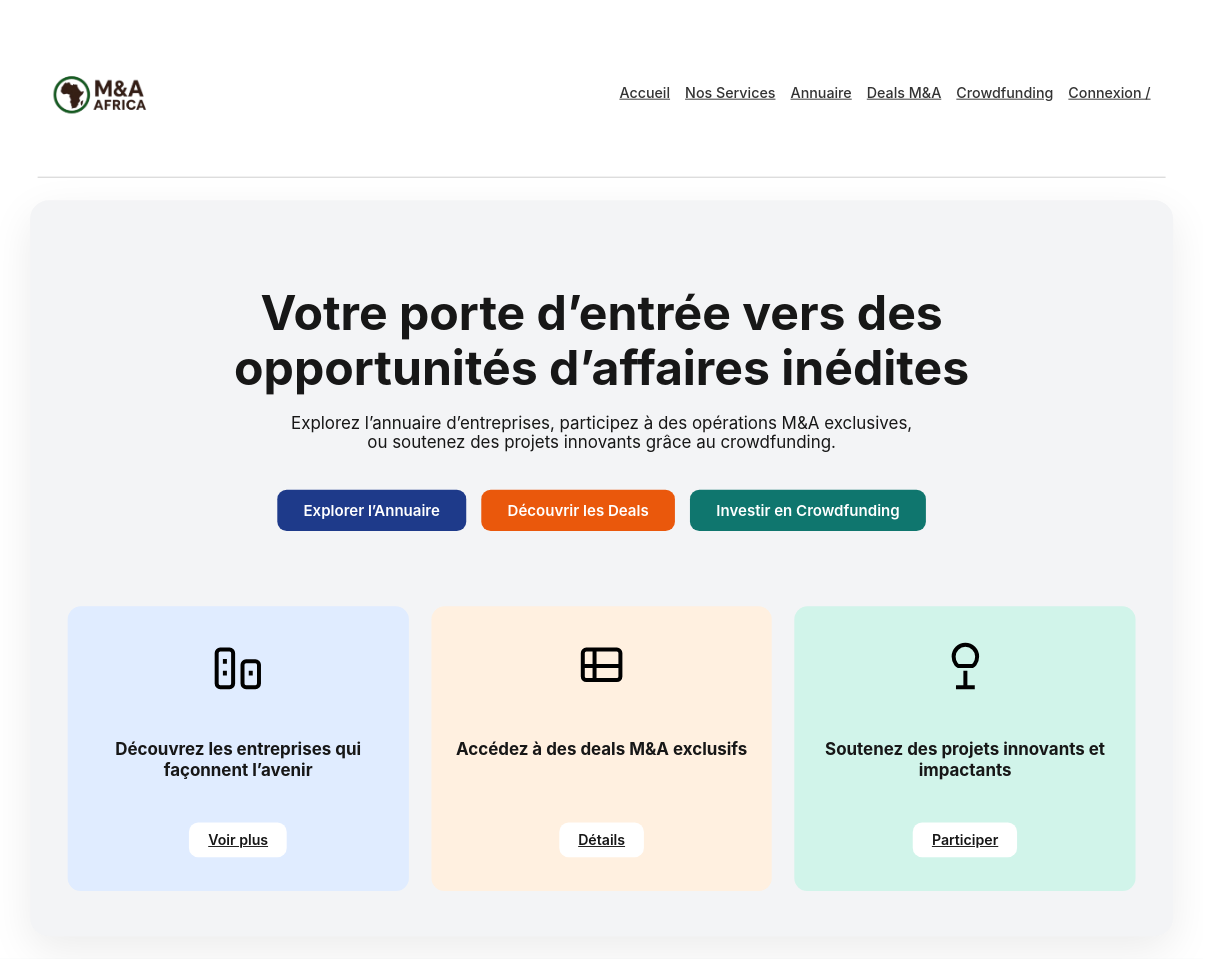
Repository: MFredy25/africa-fusion
Page: /hub
The author's editor kept a copy of each file at every save. The page is drawn from the files as they stood at one save, then again after the next save.
The browser window is 1280 px wide. The page is 1280 px wide, then 1308 px, so the pictures cover 1308 px, including what lies to the right of the window. The pictures show the whole page, at 94% of full size.
The project was rebuilt for these pictures with package versions that can differ from the ones it lists, and the page was loaded fresh each time. The framework's server and built-in components were replaced by stand-ins that run in the browser. Also part of the build but not shown: next.config.js, next.config.ts.

Above is the page before, as saved 2025-06-15 12:07:47.

### src/app/hub/page.tsx
import styles from "../../styles/hub.module.css";
import Link from "next/link";
import HubHeader from "../../components/HubHeader";

export default function Hub() {
  return (
    <div className={styles.page}>
      <HubHeader />

      <div className={styles.pageWrapper}>
        <div className={styles.containerWrapper}>
          <section className={styles.hero}>
            <h1>
              Votre porte&nbsp;d’entrée vers des<br />
              opportunités&nbsp;d’affaires inédites
            </h1>

            <p>
              Explorez l’annuaire d’entreprises, participez à des opérations M&A
              exclusives,<br />
              ou soutenez des projets innovants grâce au crowdfunding.
            </p>

            <div className={styles.actions}>
              <Link href="/annuaire" className={styles.primaryBtn}>
                Explorer l’Annuaire
              </Link>
              <Link href="/deals-m-a" className={styles.secondaryBtn}>
                Découvrir les Deals
              </Link>
              <Link href="/crowdfunding" className={styles.tertiaryBtn}>
                Investir en&nbsp;Crowdfunding
              </Link>
            </div>
          </section>

          <section className={styles.cards}>
            <div className={`${styles.card} ${styles.card1}`}>
              <svg
                className={styles.icon}
                viewBox="0 0 24 24"
                fill="none"
                stroke="currentColor"
                strokeWidth="1.7"
              >
                <rect x="3" y="4" width="7" height="16" rx="1.5" />
                <rect x="14" y="9" width="7" height="11" rx="1.5" />
                <path d="M6.5 8v2M6.5 13v2M17.5 13v2" />
              </svg>
              <p className={styles.cardTitle}>
                Découvrez les entre­prises qui façonnent l’avenir
              </p>
              <Link href="/annuaire" className={styles.cardBtn}>
                Voir plus
              </Link>
            </div>

            <div className={`${styles.card} ${styles.card2}`}>
              <svg
                className={styles.icon}
                viewBox="0 0 24 24"
                fill="none"
                stroke="currentColor"
                strokeWidth="1.7"
              >
                <rect x="4" y="4" width="16" height="13" rx="1.5" />
                <path d="M4 11h16M9 4v13" />
              </svg>
              <p className={styles.cardTitle}>Accédez à des deals M&A exclusifs</p>
              <Link href="/deals-m-a" className={styles.cardBtn}>
                Détails
              </Link>
            </div>

            <div className={`${styles.card} ${styles.card3}`}>
              <svg
                className={styles.icon}
                viewBox="0 0 24 24"
                fill="none"
                stroke="currentColor"
                strokeWidth="1.7"
              >
                <path d="M12 2a5 5 0 0 1 5 5c0 3-2 4-2 4H9s-2-1-2-4a5 5 0 0 1 5-5Z" />
                <path d="M9.5 11h5" />
                <path d="M12 13v7" />
                <path d="M8 20h8" />
              </svg>
              <p className={styles.cardTitle}>
                Soutenez des projets innovants et impactants
              </p>
              <Link href="/crowdfunding" className={styles.cardBtn}>
                Participer
              </Link>
            </div>
          </section>
        </div>
      </div>
    </div>
  );
}

### src/styles/hub.module.css
.page {
  font-family: "Inter", Arial, sans-serif;
  color: var(--text-primary);
  background: #ffffff;
  padding-inline: 1.5rem;
}

.navbar {
  display: flex;
  justify-content: space-between;
  align-items: center;
  padding-block: 1.75rem;
  max-width: 1200px;
  margin-inline: auto;
}

.logo {
  display: flex;
  align-items: center;
  gap: 0.6rem;
  font-weight: 600;
  font-size: 1.1rem;
}

.logoIcon {
  width: 38px;
  height: 38px;
  background: var(--blue);
  border-radius: 8px;
}

.navLinks {
  display: flex;
  gap: 2rem;
  font-size: 0.95rem;
  font-weight: 500;
}

/* ───────────── CONTAINER WRAPPER ───────────── */
.containerWrapper {
  max-width: 1300px;
  margin: 1.5rem auto; /* ↓ Espacement réduit ici */
  padding: 3rem 2.5rem;
  background: #f3f4f6;
  border-radius: 20px;
  box-shadow: 0 15px 45px rgba(0, 0, 0, 0.08);
}

/* ───────────── HERO ───────────── */
.hero {
  text-align: center;
  max-width: 900px;
  margin-inline: auto;
}

.hero h1 {
  font-size: clamp(2rem, 4.2vw, 3.2rem);
  line-height: 1.15;
  font-weight: 700;
  margin-bottom: 1rem;
}

.hero p {
  font-size: 1.125rem;
  color: var(--text-muted);
  margin-bottom: 2.5rem;
}

.actions {
  display: flex;
  flex-wrap: wrap;
  justify-content: center;
  gap: 1rem;
  margin-bottom: 3.5rem;
}

.primaryBtn,
.secondaryBtn,
.tertiaryBtn {
  padding: 0.75rem 1.75rem;
  border: none;
  border-radius: 10px;
  font-weight: 600;
  font-size: 1rem;
  color: #ffffff;
  cursor: pointer;
  text-decoration: none;
}

.primaryBtn {
  background: #1e3a8a;
}

.secondaryBtn {
  background: #ea580c;
}

.tertiaryBtn {
  background: #0f766e;
}

/* ───────────── CARDS ───────────── */
.cards {
  display: flex;
  flex-wrap: nowrap;
  justify-content: space-between;
  gap: 1.5rem;
  max-width: 1200px;
  margin: 5rem auto 0;
}

.card {
  flex: 1 1 30%;
  max-width: 30%;
  display: flex;
  justify-content: center;
}

.card1 {
  background: #e0ecff;
  border-radius: 14px;
  padding: 2.25rem 1.25rem;
  text-align: center;
  display: flex;
  flex-direction: column;
  align-items: center;
  gap: 1.6rem;
}

.card2 {
  background: #fff0e0;
  border-radius: 14px;
  padding: 2.25rem 1.25rem;
  text-align: center;
  display: flex;
  flex-direction: column;
  align-items: center;
  gap: 1.6rem;
}

.card3 {
  background: #d1f4ea;
  border-radius: 14px;
  padding: 2.25rem 1.25rem;
  text-align: center;
  display: flex;
  flex-direction: column;
  align-items: center;
  gap: 1.6rem;
}

.icon {
  width: 60px;
  height: 60px;
}

.cardTitle {
  font-size: 1.125rem;
  font-weight: 700;
  line-height: 1.3;
}

.cardBtn {
  margin-top: auto;
  background: #ffffff;
  color: var(--text-primary);
  border: none;
  border-radius: 10px;
  padding: 0.55rem 1.25rem;
  font-size: 0.94rem;
  font-weight: 600;
  cursor: pointer;
}

/* ───────────── Responsive tweak ───────────── */
@media (max-width: 768px) {
  .card {
    flex: 1 1 100%;
    max-width: none;
  }

  .cards {
    flex-direction: column;
    align-items: center;
  }
}

@media (max-width: 480px) {
  .navLinks {
    gap: 1rem;
    font-size: 0.85rem;
  }

  .actions {
    flex-direction: column;
  }
}

.icon {
  width: 60px;
  height: 60px;
  color: #000000;
}

### src/components/HubHeader.tsx
'use client';

import { useEffect, useState } from 'react';
import Link from 'next/link';
import Image from 'next/image';
import styles from '../styles/hub.module.css';

export default function HubHeader() {
  /* Thème clair / sombre */
  const [isDark, setIsDark] = useState(false);
  useEffect(() => {
    const mq = window.matchMedia('(prefers-color-scheme: dark)');
    const update = () => setIsDark(mq.matches);
    update();
    mq.addEventListener('change', update);
    return () => mq.removeEventListener('change', update);
  }, []);

  const colors = {
    bg: isDark ? '#1a1a1a' : '#ffffff',
    text: isDark ? '#e0e0e0' : '#333333',
    border: isDark ? '#444' : '#ccc',
  };

  return (
    <header
      className={styles.navbar}
      style={{
        background: colors.bg,
        color: colors.text,
        borderBottom: `1px solid ${colors.border}`,
        width: '100%',
      }}
    >
      <div
        style={{
          maxWidth: '1200px',
          width: '100%',
          margin: '0 auto',
          display: 'flex',
          alignItems: 'center',
          justifyContent: 'space-between',
          padding: '0.75rem 1rem',
        }}
      >
        {/* Logo 100×100 commun */}
        <Link href="/" style={{ display: 'flex', alignItems: 'center' }}>
          <Image
            src="/images/fusion_africa.png"
            alt="Logo"
            width={100}
            height={100}
            style={{ objectFit: 'contain' }}
          />
        </Link>

        {/* Navigation */}
        <nav
          className={styles.navLinks}
          style={{
            display: 'flex',
            gap: '1rem',
            whiteSpace: 'nowrap',
            flexWrap: 'nowrap',
            color: colors.text,
          }}
        >
          <Link href="/home" style={{ color: 'inherit' }}>Accueil</Link>
          <Link href="/services" style={{ color: 'inherit' }}>Nos Services</Link>
          <Link href="/annuaire" style={{ color: 'inherit' }}>Annuaire</Link>
          <Link href="/deals-m-a" style={{ color: 'inherit' }}>Deals M&A</Link>
          <Link href="/crowdfunding" style={{ color: 'inherit' }}>Crowdfunding</Link>
          <Link href="/connexion" style={{ color: 'inherit' }}>Connexion /</Link>
        </nav>
      </div>
    </header>
  );
}

Loaded but not shown: src/app/layout.tsx (common file); src/app/globals.css (common file)

After the next save:
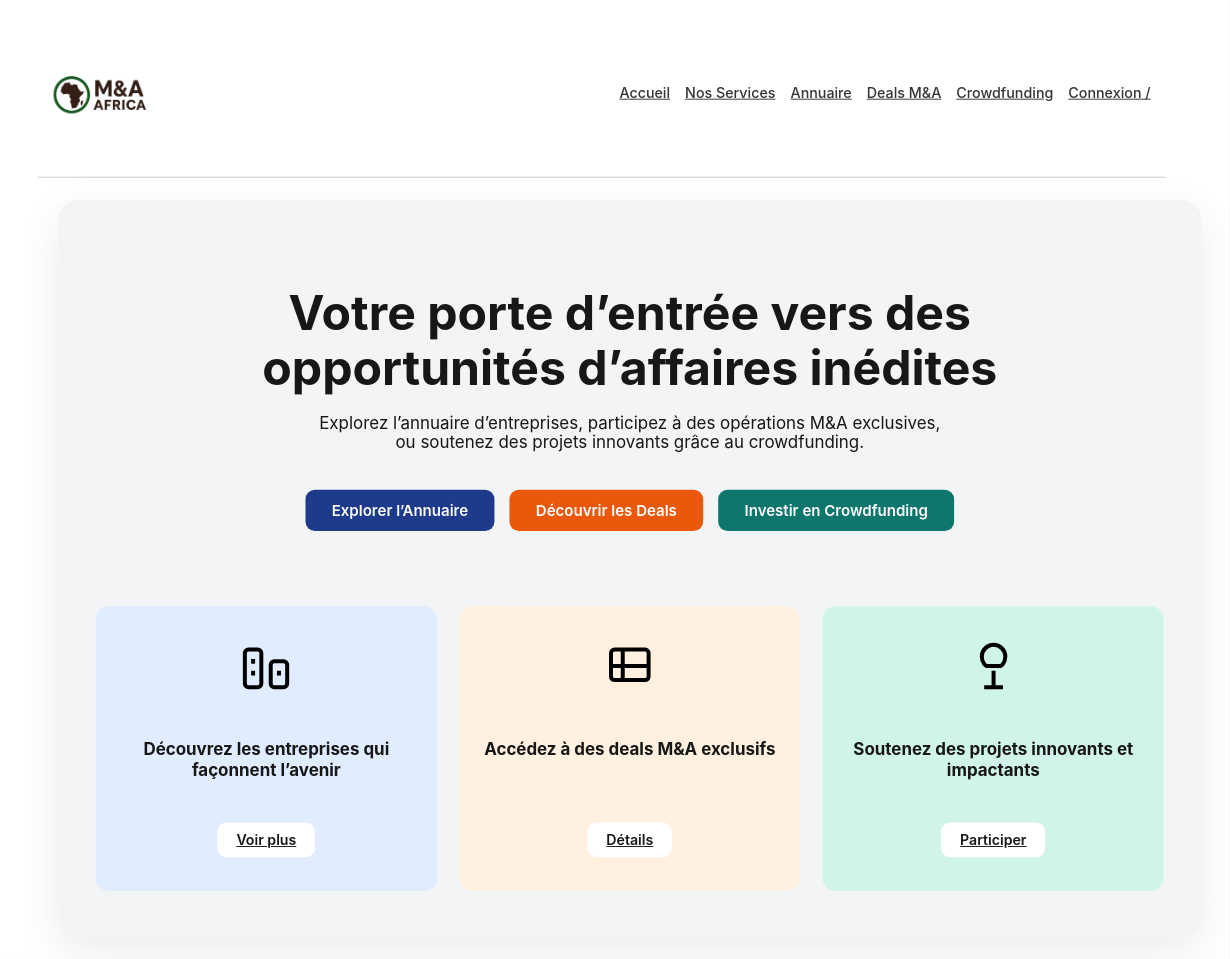
Saved 22 s later.
--- a/src/styles/hub.module.css
+++ b/src/styles/hub.module.css
@@ -201,3 +201,8 @@
   height: 60px;
   color: #000000;
 }
+
+.pageWrapper {
+  padding: 0 30px;
+  width: 100%;
+}
